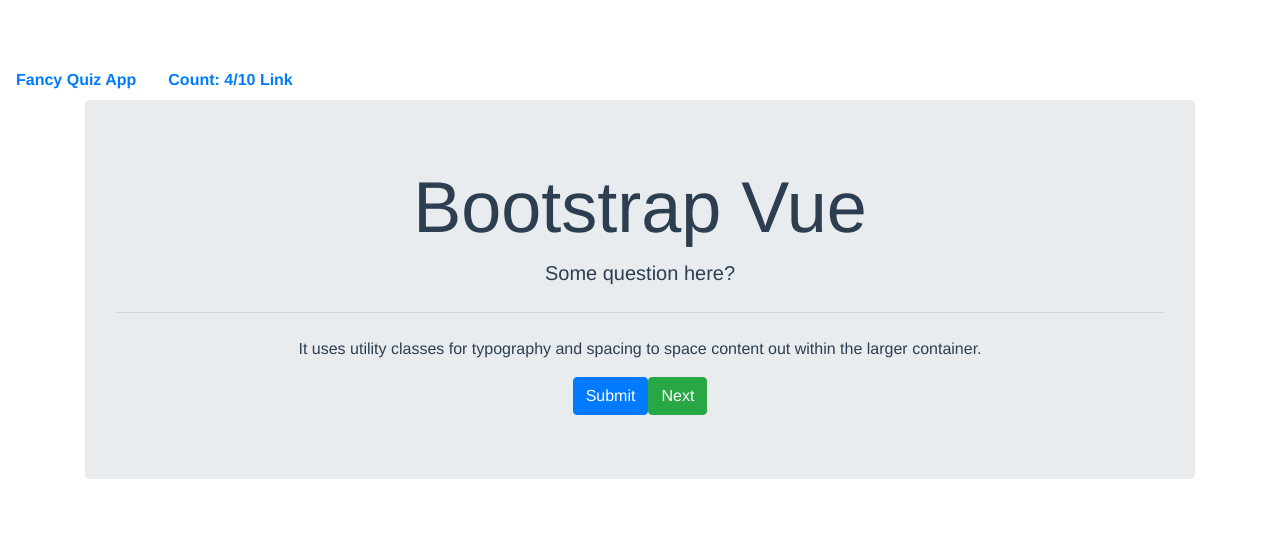
Repository: tokliver/AppVue
Page: /
An editor plug-in stored every save of this project. The page is shown before and after a run of saves, followed by the edit.
The browser window is 1280 px wide. The pictures show the whole page.
The project was rebuilt for these pictures with package versions that can differ from the ones it lists, and the page was loaded fresh each time.

Above is the page before, as saved 2019-04-13 09:28:42.

### src/main.js
import Vue from 'vue'

import BootstrapVue from 'bootstrap-vue'

import 'bootstrap/dist/css/bootstrap.css'
import 'bootstrap-vue/dist/bootstrap-vue.css'

import App from './App.vue'



Vue.use(BootstrapVue)

Vue.config.productionTip = false

new Vue({
  render: h => h(App),
}).$mount('#app')

### src/App.vue
<template>
  <div id="app">
    <Header />
    <b-container class="bv-example-row">
       <b-row>
          <b-col>
              <QuestionBox />
            </b-col>

       </b-row>
   </b-container>

  </div>
</template>

<script>
import Header from './components/Header.vue'
import QuestionBox from './components/QuestionBox.vue'

export default {
  name: 'app',
  components: {
    Header,
    QuestionBox
  }
}
</script>

<style>
#app {
  font-family: 'Avenir', Helvetica, Arial, sans-serif;
  -webkit-font-smoothing: antialiased;
  -moz-osx-font-smoothing: grayscale;
  text-align: center;
  color: #2c3e50;
  margin-top: 60px;
}
</style>

### src/components/Header.vue
<template>
<div>
  <b-nav>
    <b-nav-item disable><b>Fancy Quiz App</b></b-nav-item>
    <b-nav-item disable><b>Count: 4/10 Link</b></b-nav-item>
  </b-nav>
</div>
</template>

### src/components/QuestionBox.vue
<template>
   <div class="question-box-container">
  <b-jumbotron header="Bootstrap Vue" lead="Bootstrap 4 Components for Vue.js 2">
    <template slot="header">Bootstrap Vue</template>

    <template slot="lead">
      Some question here?
    </template>

    <hr class="my-4">

    <p>
      It uses utility classes for typography and spacing to space content out within the larger
      container.
    </p>

    <b-button variant="primary" href="#">Submit</b-button>
    <b-button variant="success" href="#">Next</b-button>
  </b-jumbotron>
</div>
</template>

Loaded but not shown: public/index.html (common file)

After the next 3 saves:
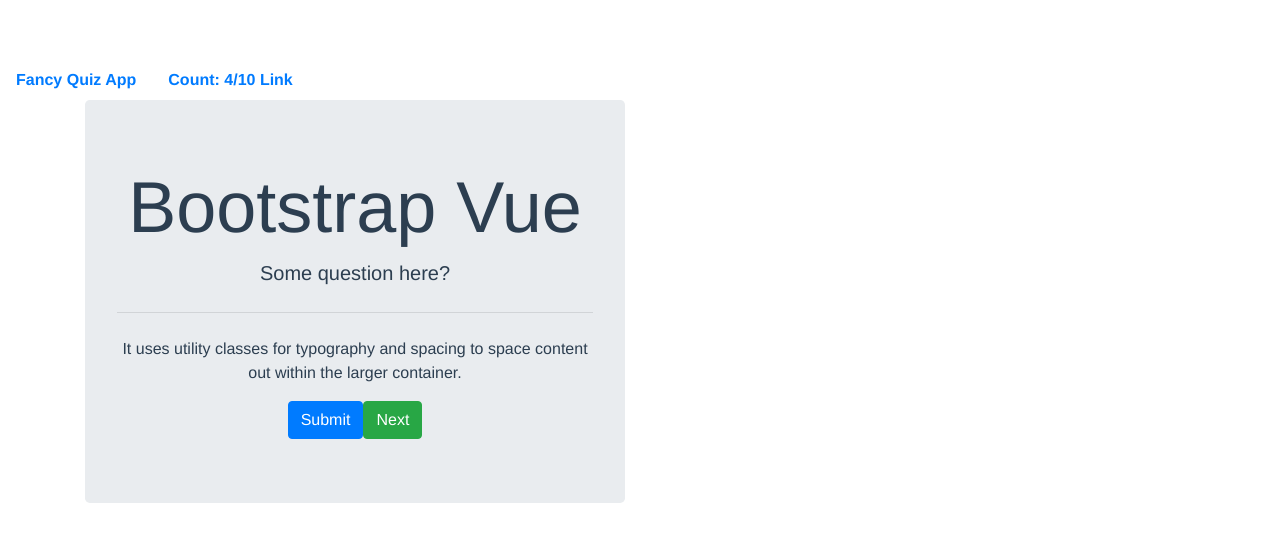
The 3 saves are shown as one change because they came seconds apart.
The last was saved 21 s later.
--- a/src/App.vue
+++ b/src/App.vue
@@ -3,7 +3,7 @@
     <Header />
     <b-container class="bv-example-row">
        <b-row>
-          <b-col>
+          <b-col sm="6">
               <QuestionBox />
             </b-col>
 
